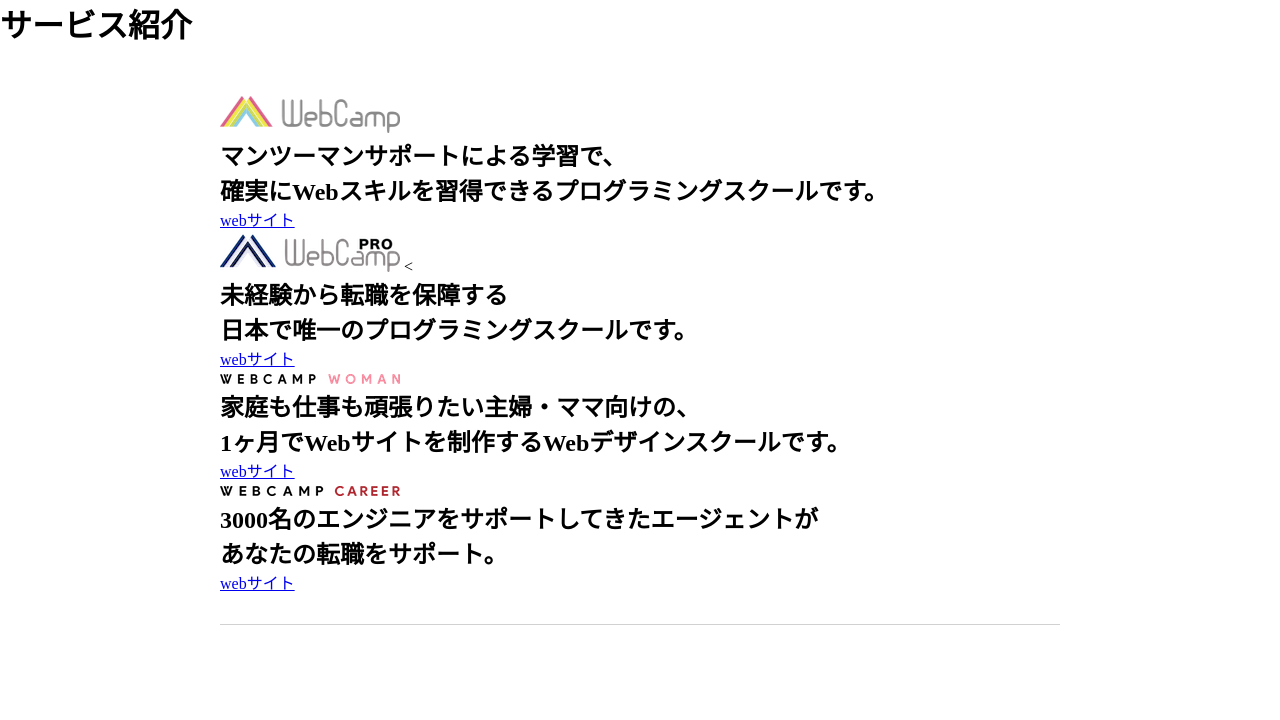
Repository: Y-takumi0/DMMwebcamp
Page: exercise/chapter7.html
The author's editor kept a record of every edit. The page is drawn from the files as they stood at one moment, then again after the next edit.
The browser window is 1280 px wide. The pictures show the whole page.

Above is the page before.

### exercise/chapter7.html
<!DOCTYPE html>
<html lang="ja">
  <head>
    <meta charset="UTF-8" />
    <!-- CSSファイルの読み込み -->
    <link rel="stylesheet" href="chapter7.css" />
    <title>chapter7</title>
  </head>

  <body>
    <!-- header -->
    <header>
      <h1 class="logo-head">
        <a class="heading">
          サービス紹介
        </a>
      </h1>
    </header>

    <main>
      <div class="logo1">
        <img src="img/img/wc-logo.png">
          <h2>
            マンツーマンサポートによる学習で、<br>
            確実にWebスキルを習得できるプログラミングスクールです。
          </h2>
          <a href="web.html">webサイト</a>
      </div>
      <div class="logo2">
        <img src="img/img/wcp-logo.png">              <<h2>
            未経験から転職を保障する<br>
            日本で唯一のプログラミングスクールです。
          </h2>
          <a href="web.html">webサイト</a>
      </div>
      <div class="logo3">
        <img src="img/img/wcw-logo.png">
        <h2>
          家庭も仕事も頑張りたい主婦・ママ向けの、<br>
          1ヶ月でWebサイトを制作するWebデザインスクールです。
        </h2>
        <a href="web.html">webサイト</a>
      </div>
      <div class="logo4">
        <img src="img/img/wcc-logo.png">
        <h2>
          3000名のエンジニアをサポートしてきたエージェントが<br>
          あなたの転職をサポート。
        </h2>
        <a href="web.html">webサイト</a>
      </div>
    </main>

### exercise/chapter7.css
* {
  margin: 0;
  padding: 0;
  box-sizing: border-box;
}

.main-visual {
  height: 400px;
  width: 100%;
  background-image: url(img/mv.jpg);
  background-size: cover;
  background-position: bottom;
}

.headline {
  padding: 20px;
}

main {
  width: 840px;
  margin: 50px auto;
}

.service1 {
  margin-bottom: 30px;
  border-bottom: 1px solid #d1d1d1;
  padding-bottom: 30px;
}

.service2 {
  margin-bottom: 30px;
  border-bottom: 1px solid #d1d1d1;
  padding-bottom: 30px;
}

.service3 {
  margin-bottom: 30px;
  border-bottom: 1px solid #d1d1d1;
  padding-bottom: 30px;
}

.logo4 {
  border-bottom: 1px solid #d1d1d1;
  padding-bottom: 30px;
}

After the next edit:
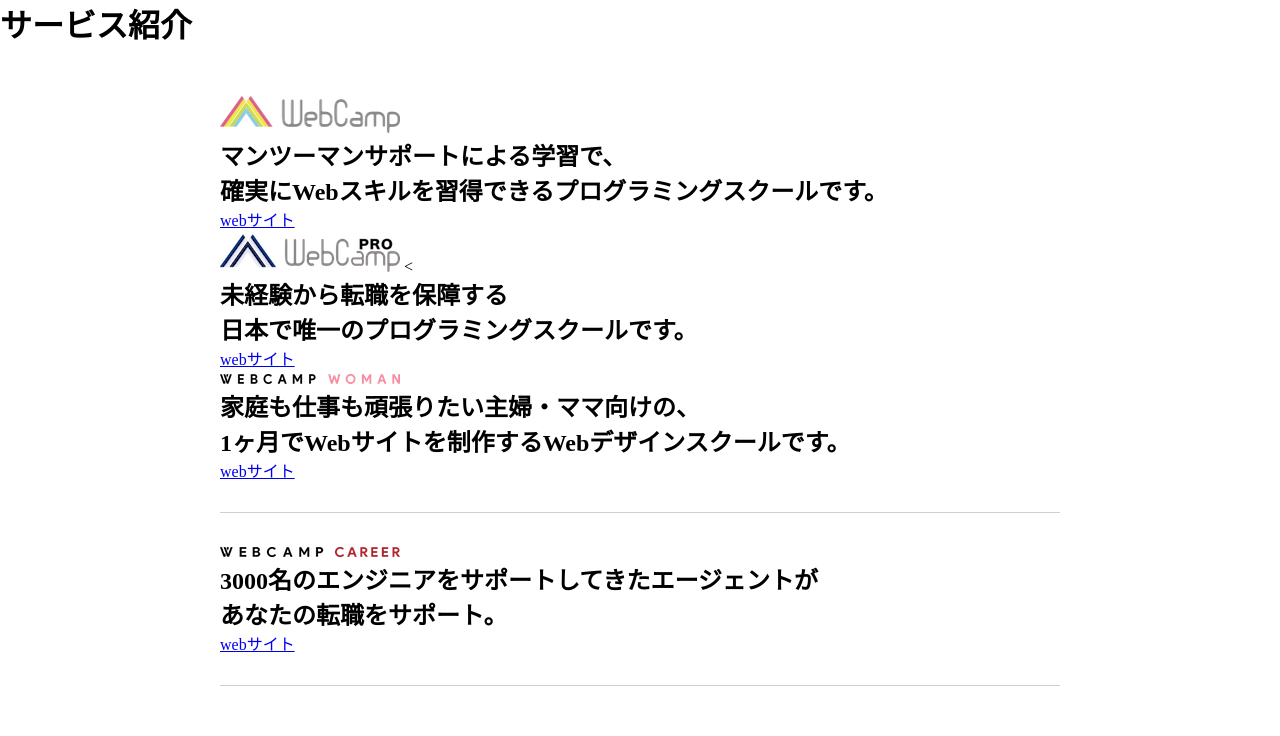
The edit:
--- a/exercise/chapter7.css
+++ b/exercise/chapter7.css
@@ -33,7 +33,7 @@
   padding-bottom: 30px;
 }
 
-.service3 {
+.logo3 {
   margin-bottom: 30px;
   border-bottom: 1px solid #d1d1d1;
   padding-bottom: 30px;
